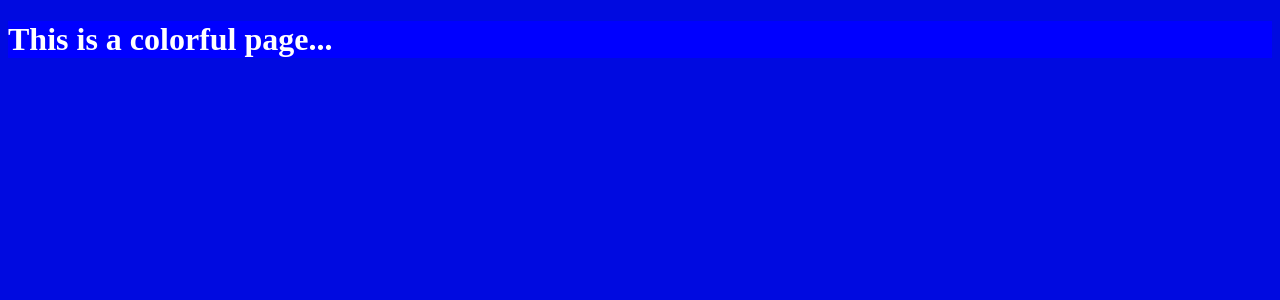
Repository: ShrikantSarode/AdvanceJava
Page: AJ backup/Web Based Java/Workspace/Web_Project/src/main/webapp/color.html
The author's editor kept a copy of each file at every save. The page is drawn from the files as they stood at one save, then again after the next save.
The browser window is 1280 px wide. The pictures show the whole page.

Above is the page before, as saved 2024-11-29 07:21:48.

After the next save:
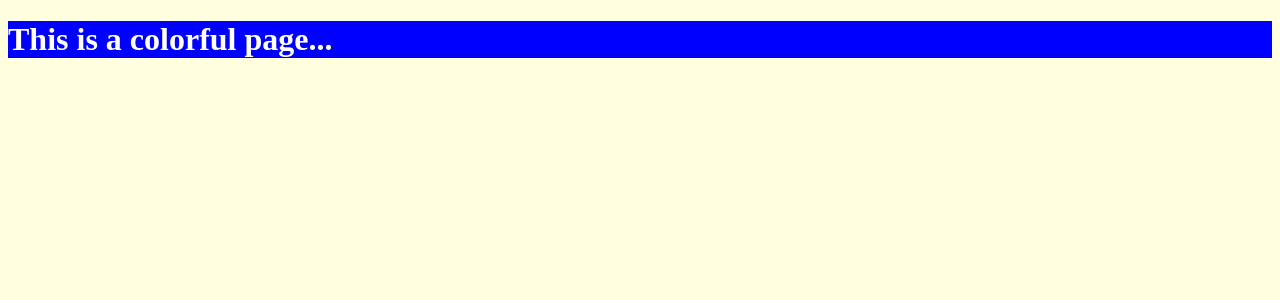
Saved 14 s later.
--- a/AJ backup/Web Based Java/Workspace/Web_Project/src/main/webapp/color.html
+++ b/AJ backup/Web Based Java/Workspace/Web_Project/src/main/webapp/color.html
@@ -1,6 +1,6 @@
 <!DOCTYPE html>
 <html>
-<body bgcolor="lightorange">
+<body bgcolor="lightyellow">
 	<h1 style="color: white; background-color: blue">This is a
 		colorful page...</h1>
 

After the save that followed:
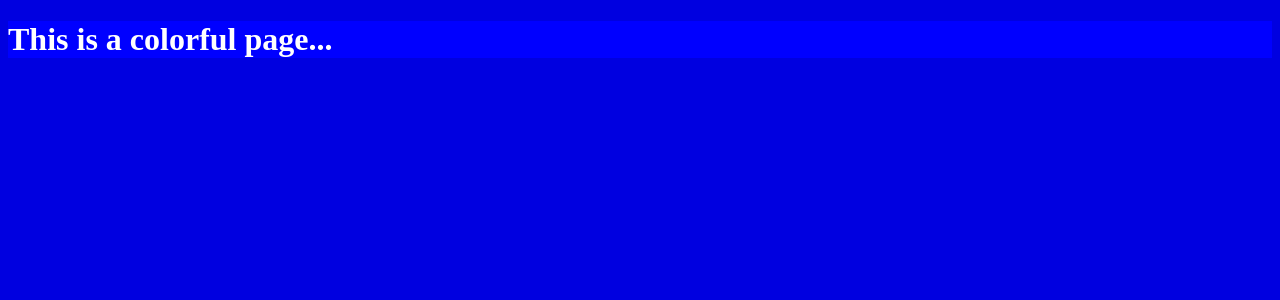
Saved 67 s later.
--- a/AJ backup/Web Based Java/Workspace/Web_Project/src/main/webapp/color.html
+++ b/AJ backup/Web Based Java/Workspace/Web_Project/src/main/webapp/color.html
@@ -1,6 +1,6 @@
 <!DOCTYPE html>
 <html>
-<body bgcolor="lightyellow">
+<body bgcolor="lightviolet">
 	<h1 style="color: white; background-color: blue">This is a
 		colorful page...</h1>
 
